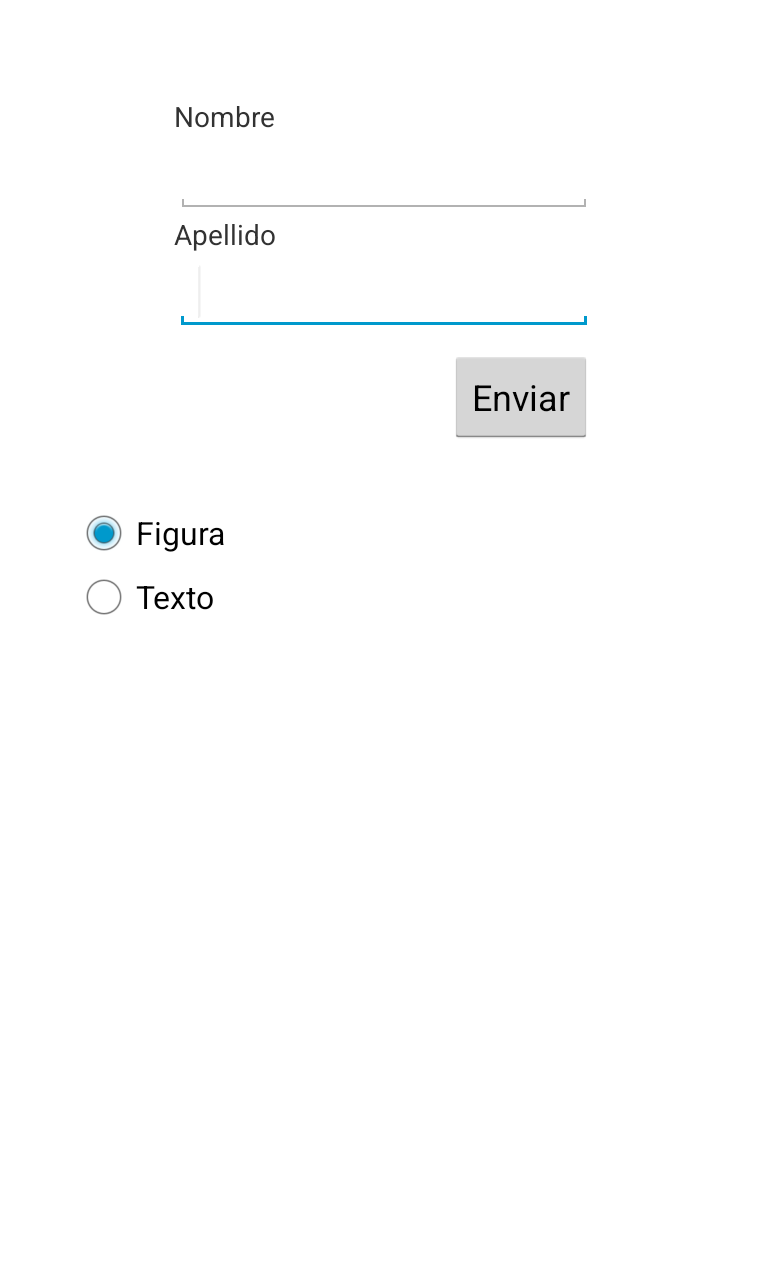
Repository: Anrai/android-app
Layout: Ejercicios/res/layout/activity_main.xml
The author's editor kept a copy of each file at every save. The layout is drawn from the files as they stood at one save, then again after the next save.
It is drawn on a 768 x 1280 px phone screen (xhdpi) without system bars, with theme AppTheme; the app's code is not run.

Above is the layout before, as saved 2014-05-08 00:36:33.

After the next save:
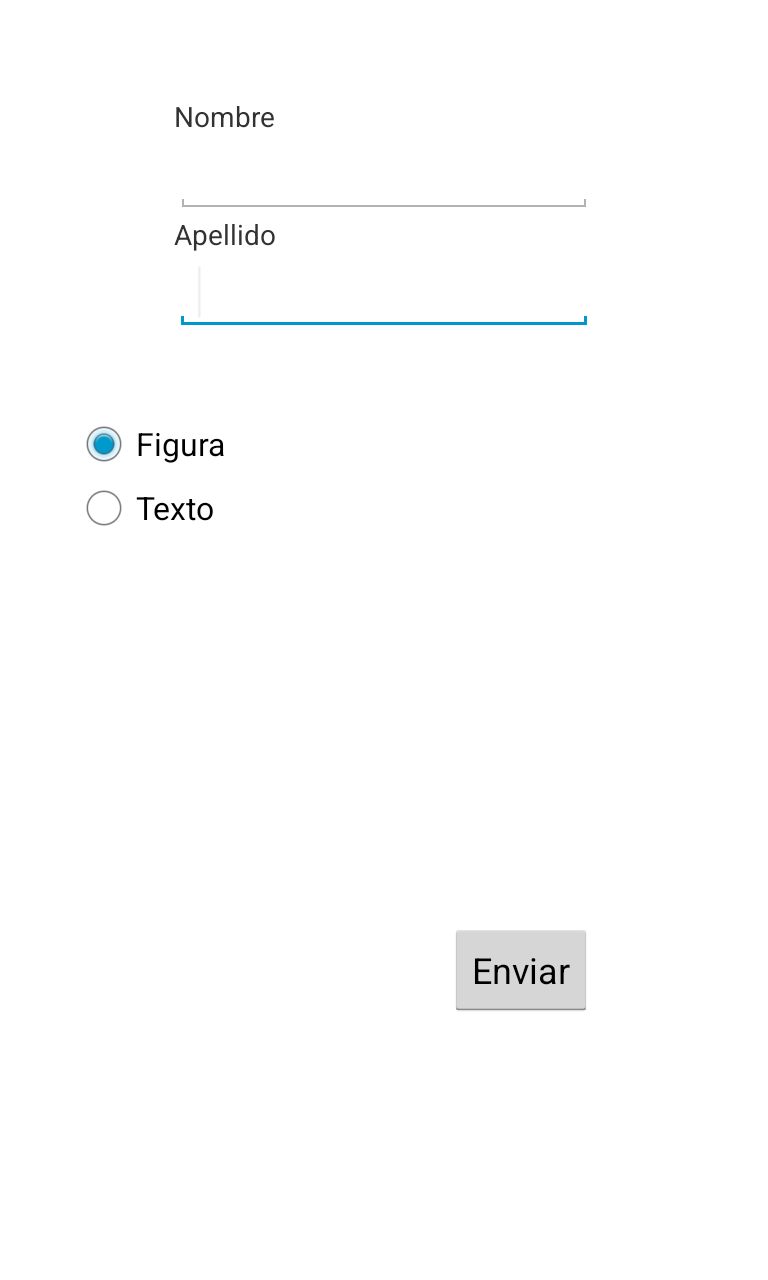
Saved 119 s later.
--- a/Ejercicios/res/layout/activity_main.xml
+++ b/Ejercicios/res/layout/activity_main.xml
@@ -26,16 +26,6 @@
         android:layout_marginBottom="40dp"
         android:text="Nombre" />
 
-    <Button
-        android:id="@+id/enviar"
-        android:layout_width="wrap_content"
-        android:layout_height="wrap_content"
-        android:layout_alignRight="@+id/nombre"
-        android:layout_below="@+id/nombre"
-        android:layout_marginTop="67dp"
-        android:onClick="enviar"
-        android:text="Enviar" />
-
     <TextView
         android:id="@+id/textView1"
         android:layout_width="wrap_content"
@@ -63,19 +53,34 @@
         android:layout_below="@+id/enviar"
         android:layout_marginLeft="20dp"
         android:layout_marginTop="28dp" >
-
-        <RadioButton
-            android:id="@+id/figura"
-            android:layout_width="wrap_content"
-            android:layout_height="wrap_content"
-            android:checked="true"
-            android:text="Figura" />
-
-        <RadioButton
-            android:id="@+id/texto"
-            android:layout_width="wrap_content"
-            android:layout_height="wrap_content"
-            android:text="Texto" />
     </RadioGroup>
 
+    <Button
+        android:id="@+id/enviar"
+        android:layout_width="wrap_content"
+        android:layout_height="wrap_content"
+        android:layout_alignParentBottom="true"
+        android:layout_alignRight="@+id/apellido"
+        android:layout_marginBottom="115dp"
+        android:onClick="enviar"
+        android:text="Enviar" />
+
+    <RadioButton
+        android:id="@+id/figura"
+        android:layout_width="wrap_content"
+        android:layout_height="wrap_content"
+        android:layout_alignLeft="@+id/radioGroup1"
+        android:layout_below="@+id/apellido"
+        android:layout_marginTop="40dp"
+        android:checked="true"
+        android:text="Figura" />
+
+    <RadioButton
+        android:id="@+id/texto"
+        android:layout_width="wrap_content"
+        android:layout_height="wrap_content"
+        android:layout_alignLeft="@+id/radioGroup1"
+        android:layout_below="@+id/figura"
+        android:text="Texto" />
+
 </RelativeLayout>
